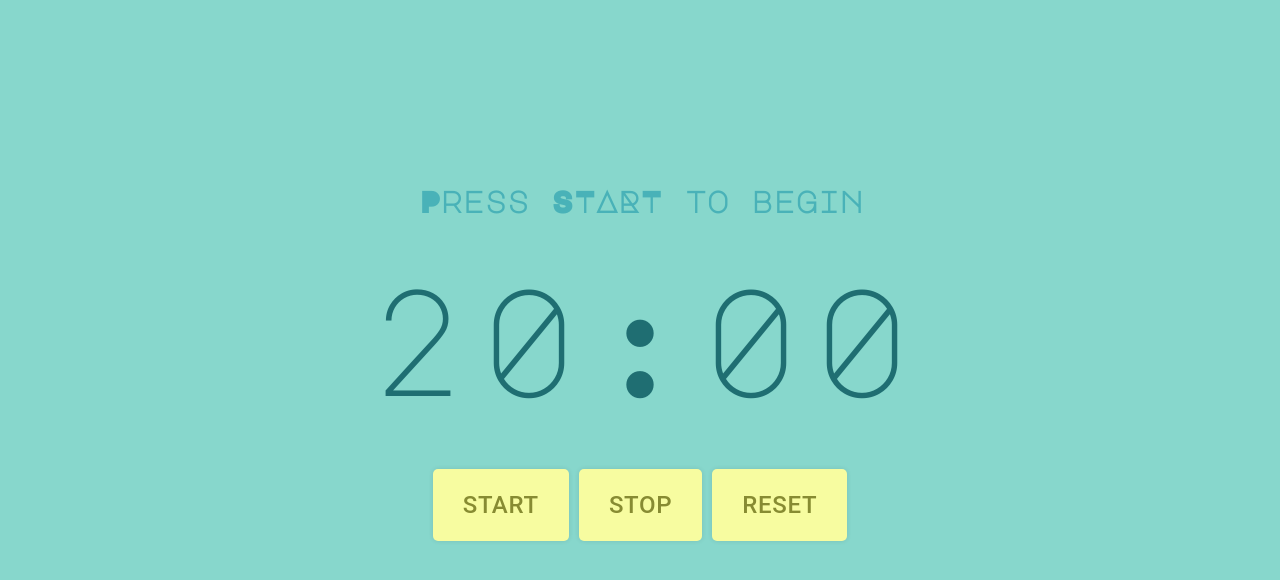
Repository: realistmccoy/pomodoro
Page: /
These files come from the project's save history. The page is drawn as it stood at one moment and after the next save; the edit follows.
The browser window is 1280 px wide. The pictures show the whole page.
The project was rebuilt for these pictures with package versions that can differ from the ones it lists, and the page was loaded fresh each time.

Above is the page before, as saved 2020-12-10 00:56:33.

After the next save:
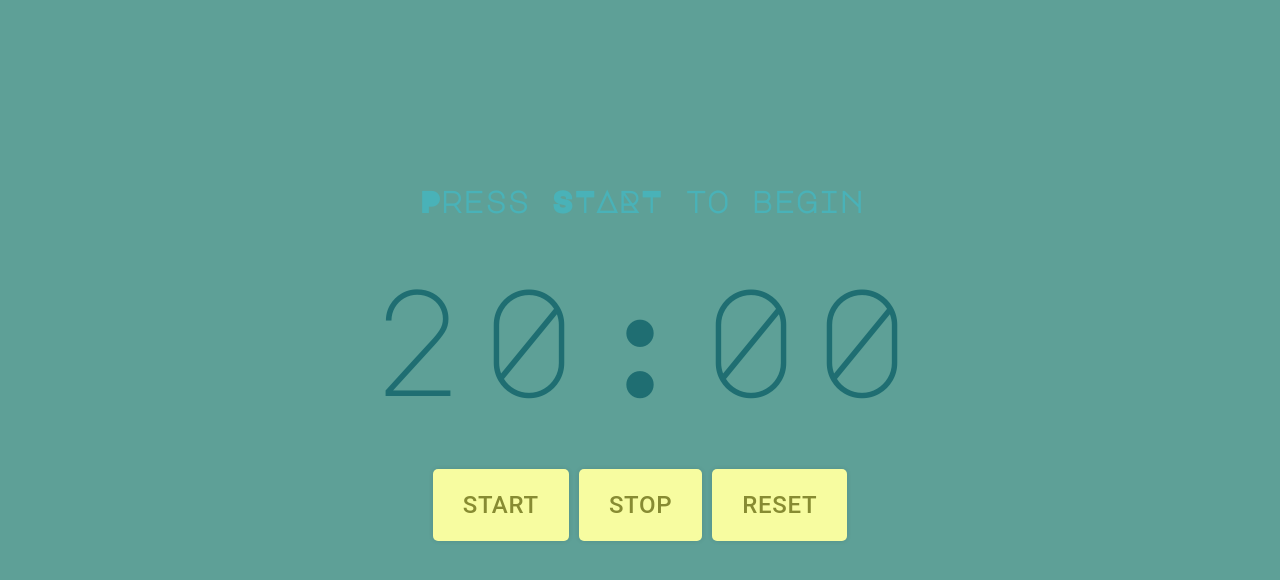
Saved 4 min 1 s later.
--- a/src/App.css
+++ b/src/App.css
@@ -19,7 +19,7 @@ body {
   flex-direction: column;
   align-items: center;
   justify-content: center;
-  background: #87d7cc;
+  background: #5ea097;
   color: #2c888d;
 }
 
